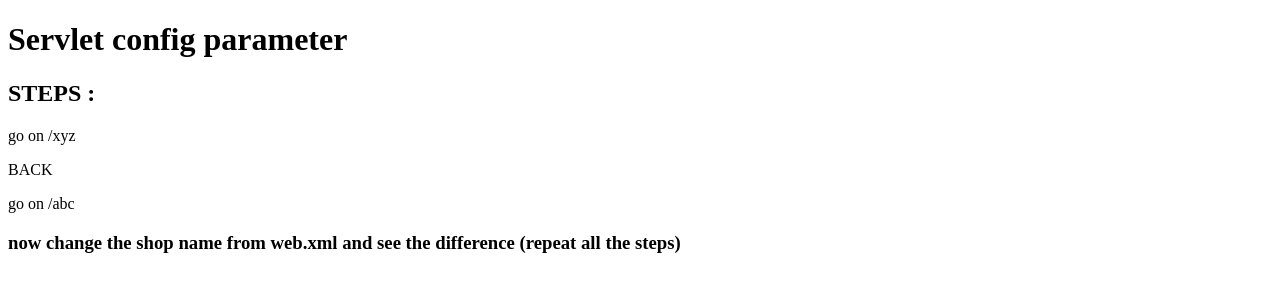
Repository: suraj-repositories/java-practice-2-advance-java-1
Page: Ad_13_servlet_configParameter_use/src/main/webapp/index.html
These files come from the project's save history. The page is drawn as it stood at one moment and after the next save; the edit follows.
The browser window is 1280 px wide. The pictures show the whole page.

Above is the page before, as saved 2023-07-22 13:11:32.

### Ad_13_servlet_configParameter_use/src/main/webapp/index.html
<!DOCTYPE html>
<html>
<head>
<meta charset="ISO-8859-1">
<title>Insert title here</title>
</head>
<body>

<h1>Servlet config parameter </h1>
<h2>STEPS :</h2>

<p> go on /xyz</p>
<P>BACK</P>
<p> go on /abc</p>

<h3>now change the shop name from web.xml and see the difference (repeat all the steps)</h3>
</body>
</html>

After the next save:
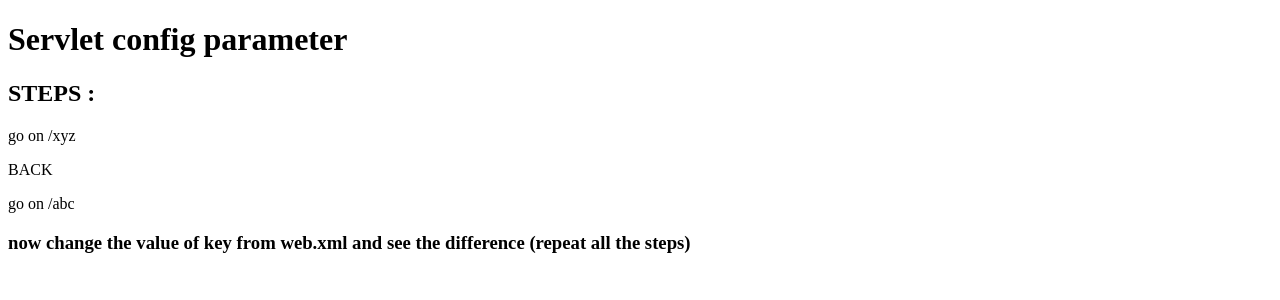
Saved 64 s later.
--- a/Ad_13_servlet_configParameter_use/src/main/webapp/index.html
+++ b/Ad_13_servlet_configParameter_use/src/main/webapp/index.html
@@ -13,6 +13,6 @@
 <P>BACK</P>
 <p> go on /abc</p>
 
-<h3>now change the shop name from web.xml and see the difference (repeat all the steps)</h3>
+<h3>now change the value of key from web.xml and see the difference (repeat all the steps)</h3>
 </body>
 </html>
